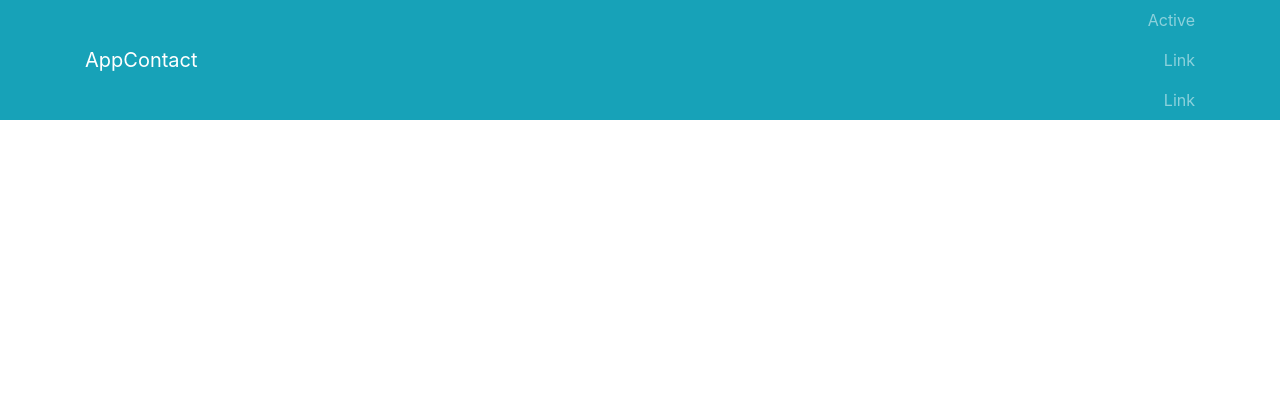
Repository: romgrm/appContact
Page: /
The author's editor kept a copy of each file at every save. The page is drawn from the files as they stood at one save, then again after a run of saves.
The browser window is 1280 px wide. The pictures show the whole page.
The project was rebuilt for these pictures with package versions that can differ from the ones it lists, and the page was loaded fresh each time.

Above is the page before, as saved 2020-12-02 21:10:26.

### src/App.js
import Header from './Components/Header'
import Liste from './Components/Liste'

import 'bootstrap/dist/css/bootstrap.min.css'


function App() {
  return (
    <div className="App">
      <Header />
      <div className="container pt-4">
        <Liste />
      </div>
    </div>
  );
}

export default App;

### src/Components/Header.js
import React, { Component } from 'react'

export default class Header extends Component {
    render() {
        return (
            <div>
                <nav className="navbar navbar-dark bg-info mb-3 py-0">
                    <div className="container">
                        <a href="/" className="navbar-brand">AppContact</a>
                        <ul className="navbar-nav">
                            <li className="nav-item ml-auto">
                                <a className="nav-link " href="#">Active</a>
                            </li>
                            <li className="nav-item ml-auto">
                                <a className="nav-link" href="#">Link</a>
                            </li>
                            <li className="nav-item ml-auto">
                                <a className="nav-link" href="#">Link</a>
                            </li>
                        </ul>
                    </div>
                </nav>

            </div>

        )
    }
}

### src/Components/Liste.js
import React, { Component } from 'react'
import Contact from './Contact'

export default class Liste extends Component {

    state = {
        contacts: [
            {
                nom: 'Selha',
                prenom: 'Amin',
                mail: 'sehla.amin@gmail.com'
            },
            {
                nom: 'Blache',
                prenom: 'Alexandre',
                mail: 'blache.alexandre@gmail.com'
            },
            {
                nom: 'Gréaume',
                prenom: 'Romain',
                mail: 'greaume.romain@gmail.com'
            }
        ]
    }

    render() {
        return (
            <div>

                {/* {this.state.contacts.map(current => (
                    <Contact
                    Nom={current.nom}
                    Prenom={current.prenom}
                    Mail={current.mail}/>
                ))} */}
            </div>
        )
    }
}

### src/Components/Contact.js
import React, { Component } from 'react'

export default class Contact extends Component {
    render() {
        return (
            <div className="card card-body bg-light">
                <ul className="card card-body p-1">
                    <li className="list-group-item"> Nom : {this.props.Nom}</li>
                    <li className="list-group-item"> Prénom : {this.props.Prenom}</li>
                    <li className="list-group-item"> Mail : {this.props.Mail}</li>
                </ul>
            </div>
        )
    }
}

Loaded but not shown: public/index.html (common file); src/index.js (common file)

After the next 2 saves:
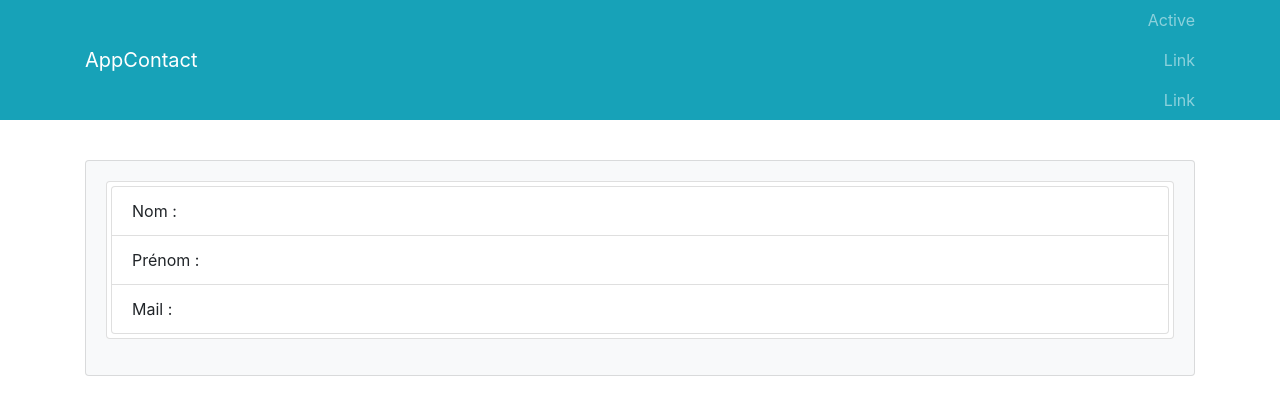
The 2 saves are shown as one change because they came seconds apart.
The last was saved 6 s later.
--- a/src/Components/Liste.js
+++ b/src/Components/Liste.js
@@ -26,7 +26,7 @@ export default class Liste extends Component {
     render() {
         return (
             <div>
-
+                <Contact />
                 {/* {this.state.contacts.map(current => (
                     <Contact
                     Nom={current.nom}
